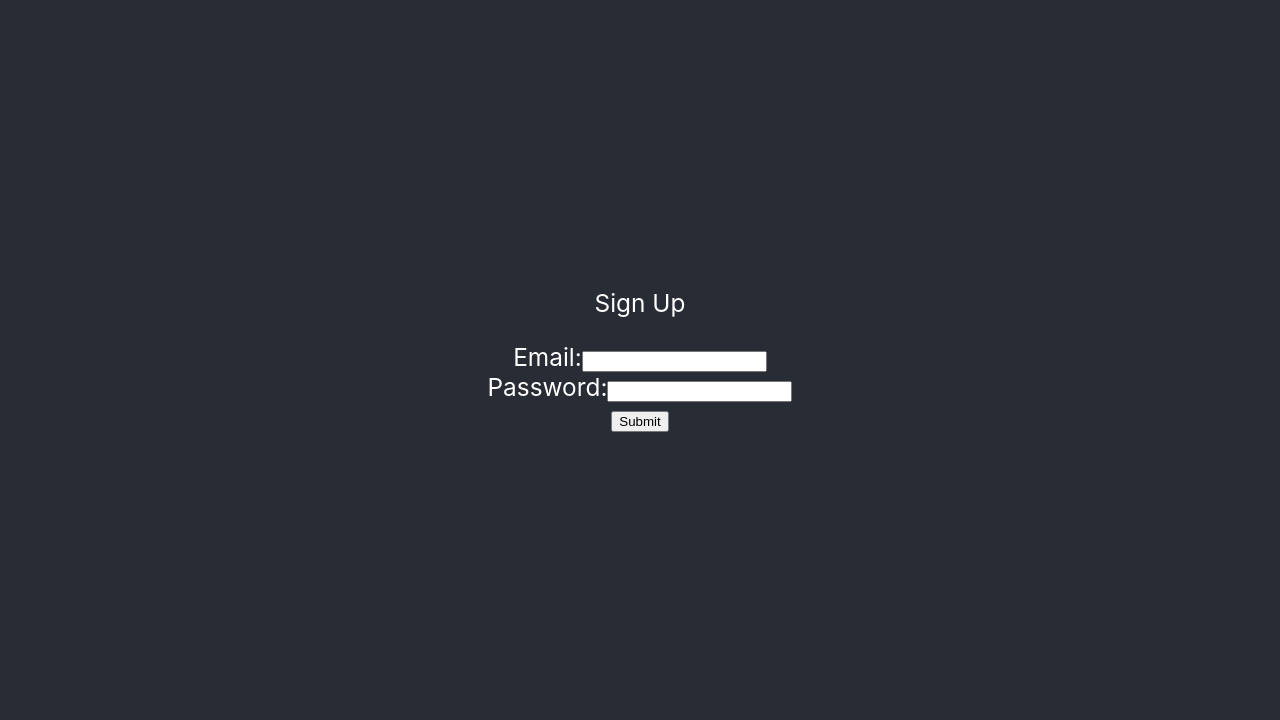
Repository: Achorn/acorn-blog
Page: /
An editor plug-in stored every save of this project. The page is shown before and after the next save, followed by the edit.
The browser window is 1280 px wide. The pictures show the whole page.
The project was rebuilt for these pictures with package versions that can differ from the ones it lists, and the page was loaded fresh each time.

Above is the page before, as saved 2023-05-30 15:49:53.

### src/App.js
import "./App.css";
import SignIn from "./pages/SignIn";
function App() {
  return (
    <div className="App">
      <header className="App-header">
        <SignIn />
      </header>
    </div>
  );
}

export default App;

### src/pages/SignIn.js
import React, { useState } from "react";
import { createUserWithEmailAndPassword } from "firebase/auth";
import { auth } from "../firebase/config";

function SignIn() {
  const [email, setEmail] = useState("");
  const [password, setPassword] = useState("");

  function handleSubmit(event) {
    event.preventDefault();
    console.log(email, " and ", password);
    createUserWithEmailAndPassword(auth, email, password)
      .then((userCredential) => {
        // Signed in
        const user = userCredential.user;
        console.log("signed in...");
        console.log(user);
        // ...
      })
      .catch((error) => {
        const errorCode = error.code;
        const errorMessage = error.message;
        console.log("error");
        console.log(errorCode);
        console.log(errorMessage);
        // ..
      });
  }
  return (
    <div>
      <p>Sign Up</p>
      <form onSubmit={handleSubmit}>
        <label>
          Email:
          <input
            type="text"
            name="email"
            onChange={(e) => setEmail(e.target.value)}
          />
        </label>
        <br />{" "}
        <label>
          Password:
          <input
            type="text"
            name="password"
            onChange={(e) => setPassword(e.target.value)}
          />
        </label>
        <br />
        <input type="submit" value="Submit" />
      </form>
      <p>{email}</p>
      <p>{password}</p>
    </div>
  );
}

export default SignIn;

### src/firebase/config.js
// Import the functions you need from the SDKs you need
import { initializeApp } from "firebase/app";
// TODO: Add SDKs for Firebase products that you want to use
// https://firebase.google.com/docs/web/setup#available-libraries
import { getFirestore } from "firebase/firestore";
import { getAuth } from "firebase/auth";

// Your web app's Firebase configuration
const firebaseConfig = {
  apiKey: "AIzaSyC2f0yVKEThhNsB5BBjdewfUcNHlY7QI6s",
  authDomain: "acorn-blog.firebaseapp.com",
  projectId: "acorn-blog",
  storageBucket: "acorn-blog.appspot.com",
  messagingSenderId: "571993800265",
  appId: "1:571993800265:web:c254803441e75f83290998",
};

// Initialize Firebase
const app = initializeApp(firebaseConfig);
const db = getFirestore(app);
const auth = getAuth(app);

export { app, db, auth };

Loaded but not shown: public/index.html (common file); src/index.js (common file); src/index.css (common file); src/reportWebVitals.js (common file); src/App.css (common file)

After the next save:
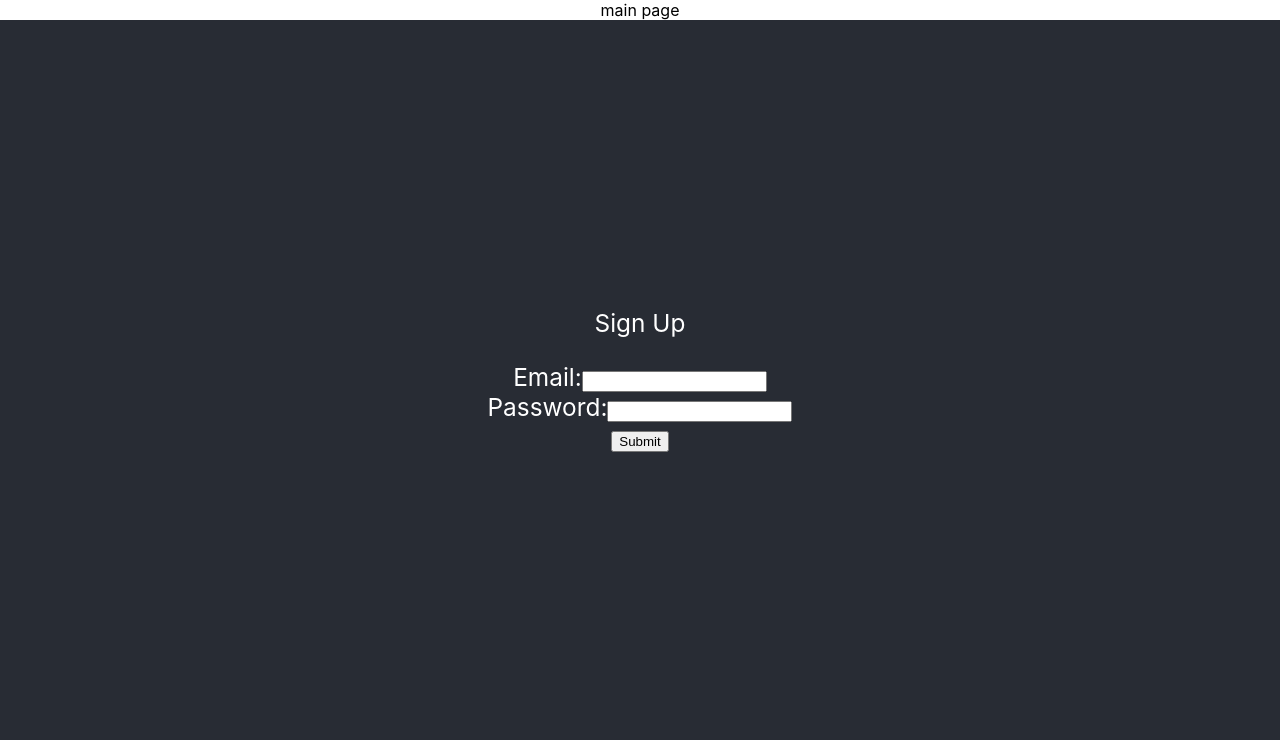
Saved 47 min 16 s later.
--- a/src/App.js
+++ b/src/App.js
@@ -1,13 +1,24 @@
 import "./App.css";
 import SignIn from "./pages/SignIn";
+import { BrowserRouter as Router, Routes, Route } from "react-router-dom";
+
 function App() {
   return (
     <div className="App">
-      <header className="App-header">
-        <SignIn />
-      </header>
+      <Router>
+        <Routes>
+          <Route exact path="/" element={<Main />} />
+        </Routes>
+
+        <header className="App-header">
+          <SignIn />
+        </header>
+      </Router>
     </div>
   );
 }
+function Main() {
+  return <div>main page</div>;
+}
 
 export default App;
